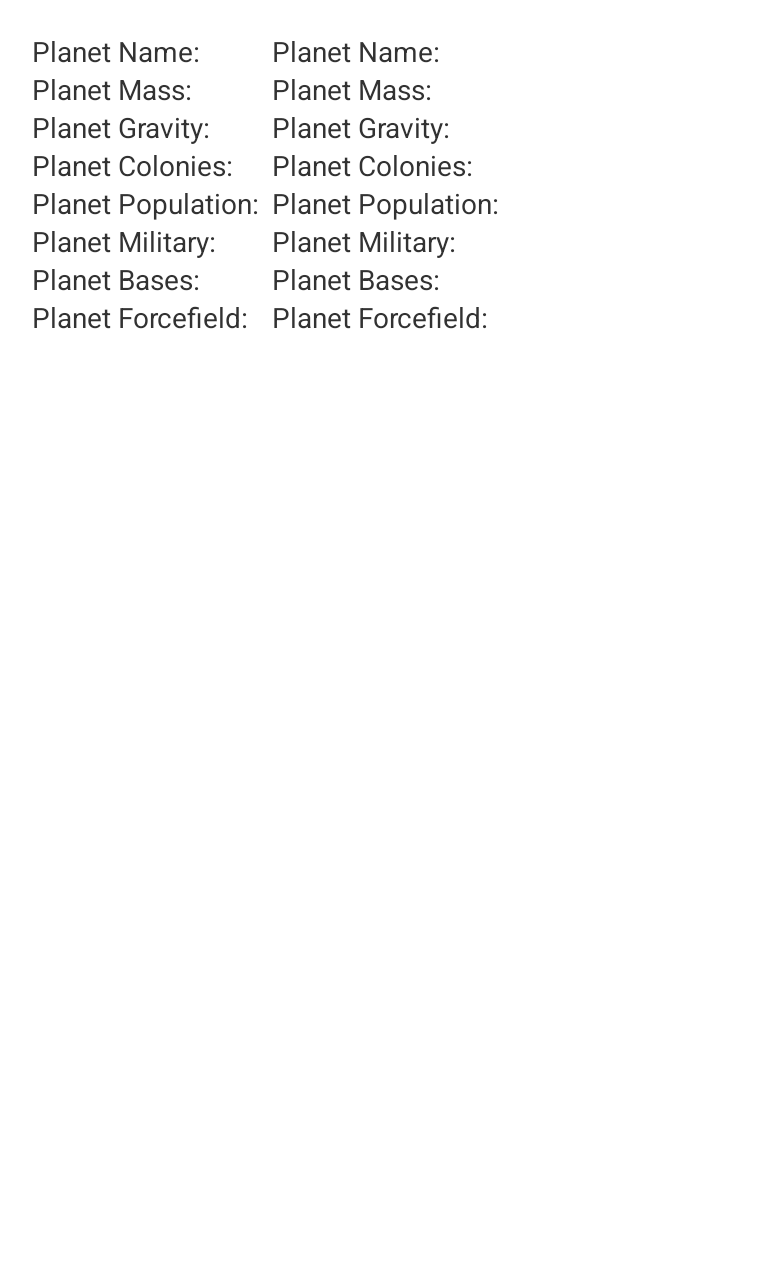
Repository: blender-head/android_basic
Layout: Hello_World/res/layout/activity_main.xml
These files come from the project's save history. The layout is drawn as it stood at one moment and after the next save; the edit follows.
It is drawn on a 768 x 1280 px phone screen (xhdpi) without system bars, with theme AppTheme; the app's code is not run. The app's manifest (not shown) leaves right-to-left support off. So textAlignment, textDirection and layoutDirection are ignored, and left and right values win over start and end ones.

Above is the layout before, as saved 2013-12-31 16:22:22.

### Hello_World/res/layout/activity_main.xml
<RelativeLayout xmlns:android="http://schemas.android.com/apk/res/android"
    xmlns:tools="http://schemas.android.com/tools"
    android:layout_width="match_parent"
    android:layout_height="match_parent"
    android:paddingBottom="@dimen/activity_vertical_margin"
    android:paddingLeft="@dimen/activity_horizontal_margin"
    android:paddingRight="@dimen/activity_horizontal_margin"
    android:paddingTop="@dimen/activity_vertical_margin"
    tools:context=".MainActivity" >

    <!-- Planet Name label -->
	<TextView
        android:id="@+id/textView1"
        android:layout_width="wrap_content"
        android:layout_height="wrap_content"
        android:text="@string/planet_name_label" />

	<!-- Planet Name data -->
	<TextView
        android:id="@+id/dataView1"
        android:layout_toRightOf="@+id/textView1"
        android:layout_marginLeft="36dip"
        android:layout_width="wrap_content"
        android:layout_height="wrap_content"
        android:text="@string/planet_name_label" />

	<!-- Planet Mass label -->
	<TextView
        android:id="@+id/textView2"
        android:layout_below="@+id/textView1"
        android:layout_width="wrap_content"
        android:layout_height="wrap_content"
        android:text="@string/planet_mass_label" />

	<!-- Planet Mass data -->
	<TextView
        android:id="@+id/dataView2"
        android:layout_toRightOf="@+id/textView2"
        android:layout_alignStart="@+id/dataView1"
        android:layout_below="@+id/dataView1"
        android:layout_width="wrap_content"
        android:layout_height="wrap_content"
        android:text="@string/planet_mass_label" />

	<!-- Planet Gravity label -->
	<TextView
        android:id="@+id/textView3"
        android:layout_below="@+id/textView2"
        android:layout_width="wrap_content"
        android:layout_height="wrap_content"
        android:text="@string/planet_gravity_label" />

	<!-- Planet Gravity data -->
	<TextView
        android:id="@+id/dataView3"
        android:layout_toRightOf="@+id/textView3"
        android:layout_alignStart="@+id/dataView2"
        android:layout_below="@+id/dataView2"
        android:layout_width="wrap_content"
        android:layout_height="wrap_content"
        android:text="@string/planet_gravity_label" />

	<!-- Planet Colonies label -->
	<TextView
        android:id="@+id/textView4"
        android:layout_below="@+id/textView3"
        android:layout_width="wrap_content"
        android:layout_height="wrap_content"
        android:text="@string/planet_colonies_label" />

	<!-- Planet Colonies data -->
	<TextView
        android:id="@+id/dataView4"
        android:layout_toRightOf="@+id/textView4"
        android:layout_alignStart="@+id/dataView3"
        android:layout_below="@+id/dataView3"
        android:layout_width="wrap_content"
        android:layout_height="wrap_content"
        android:text="@string/planet_colonies_label" />

	<!-- Planet Poulation label -->
	<TextView
        android:id="@+id/textView5"
        android:layout_below="@+id/textView4"
        android:layout_width="wrap_content"
        android:layout_height="wrap_content"
        android:text="@string/planet_population_label" />

	<!-- Planet Poulation data -->
	<TextView
        android:id="@+id/dataView5"
        android:layout_toRightOf="@+id/textView5"
        android:layout_alignStart="@+id/dataView4"
        android:layout_below="@+id/dataView4"
        android:layout_width="wrap_content"
        android:layout_height="wrap_content"
        android:text="@string/planet_population_label" />

	<!-- Planet Military label -->
	<TextView
        android:id="@+id/textView6"
        android:layout_below="@+id/textView5"
        android:layout_width="wrap_content"
        android:layout_height="wrap_content"
        android:text="@string/planet_military_label" />

	<!-- Planet Military data -->
	<TextView
        android:id="@+id/dataView6"
        android:layout_toRightOf="@+id/textView6"
        android:layout_alignStart="@+id/dataView5"
        android:layout_below="@+id/dataView5"
        android:layout_width="wrap_content"
        android:layout_height="wrap_content"
        android:text="@string/planet_military_label" />

	<!-- Planet Base label -->
	<TextView
        android:id="@+id/textView7"
        android:layout_below="@+id/textView6"
        android:layout_width="wrap_content"
        android:layout_height="wrap_content"
        android:text="@string/planet_bases_label" />

	<!-- Planet Base data -->
	<TextView
        android:id="@+id/dataView7"
        android:layout_toRightOf="@+id/textView7"
        android:layout_alignStart="@+id/dataView6"
        android:layout_below="@+id/dataView6"
        android:layout_width="wrap_content"
        android:layout_height="wrap_content"
        android:text="@string/planet_bases_label" />

	<!-- Planet Force Field label -->
	<TextView
        android:id="@+id/textView8"
        android:layout_below="@+id/textView7"
        android:layout_width="wrap_content"
        android:layout_height="wrap_content"
        android:text="@string/planet_forcefield_label" />

	<!-- Planet Force Field data -->
	<TextView
        android:id="@+id/dataView8"
        android:layout_toRightOf="@+id/textView8"
        android:layout_alignStart="@+id/dataView7"
        android:layout_below="@+id/dataView7"
        android:layout_width="wrap_content"
        android:layout_height="wrap_content"
        android:text="@string/planet_forcefield_label" />

</RelativeLayout>

### Hello_World/res/values/strings.xml
<?xml version="1.0" encoding="utf-8"?>
<resources>

    <string name="app_name">Hello_World</string>
    <string name="action_settings">Settings</string>
    <string name="hello_world">Hello world!</string>

    <string name="planet_name_label">Planet Name: </string>
	<string name="planet_mass_label">Planet Mass: </string>
	<string name="planet_gravity_label">Planet Gravity: </string>
	<string name="planet_colonies_label">Planet Colonies: </string>
	<string name="planet_population_label">Planet Population: </string>
	<string name="planet_military_label">Planet Military: </string>
	<string name="planet_bases_label">Planet Bases: </string>
	<string name="planet_forcefield_label">Planet Forcefield: </string>

</resources>

Loaded but not shown: Hello_World/res/values/styles.xml (common file); Hello_World/res/values-v11/styles.xml (common file); Hello_World/res/values-v14/styles.xml (common file); Hello_World/res/values/dimens.xml (common file)

After the next save:
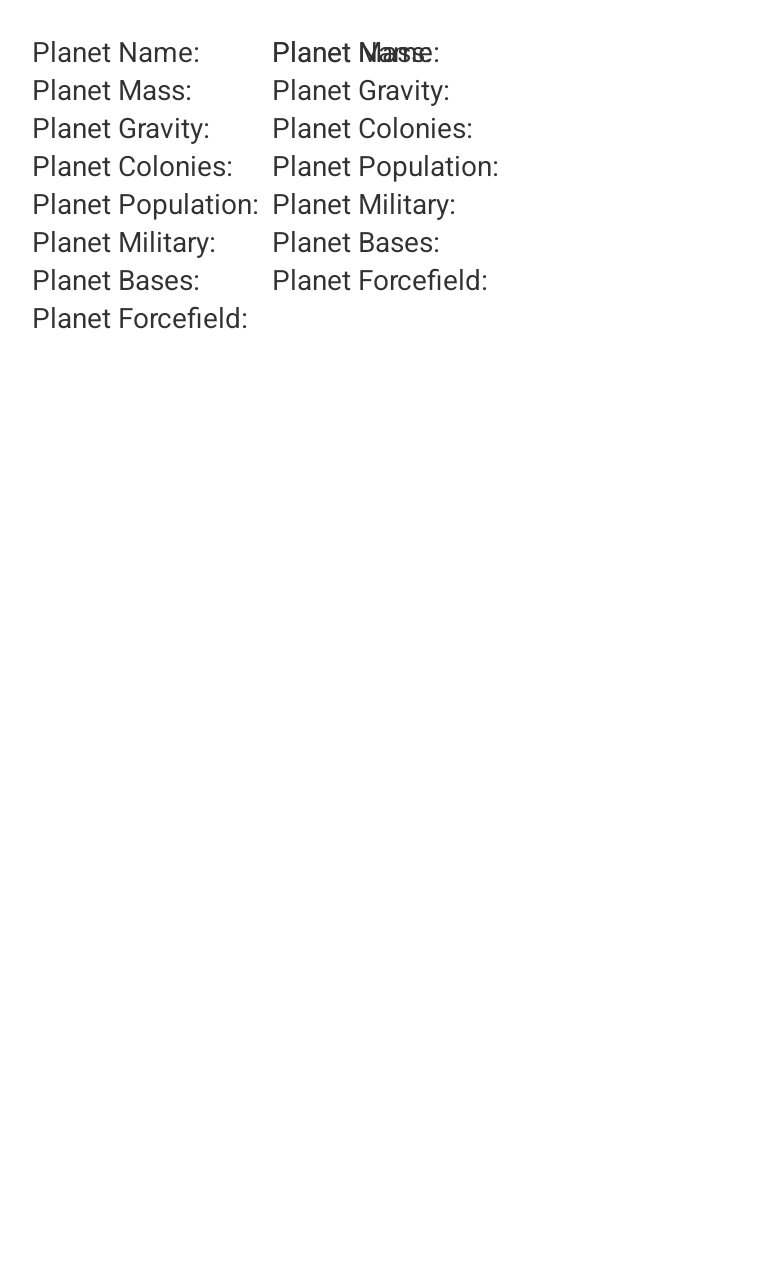
Saved 84 s later.
--- a/Hello_World/res/layout/activity_main.xml
+++ b/Hello_World/res/layout/activity_main.xml
@@ -37,7 +37,7 @@
         android:id="@+id/dataView2"
         android:layout_toRightOf="@+id/textView2"
         android:layout_alignStart="@+id/dataView1"
-        android:layout_below="@+id/dataView1"
+        android:layout_alignBelow="@+id/dataView1"
         android:layout_width="wrap_content"
         android:layout_height="wrap_content"
         android:text="@string/planet_mass_label" />
